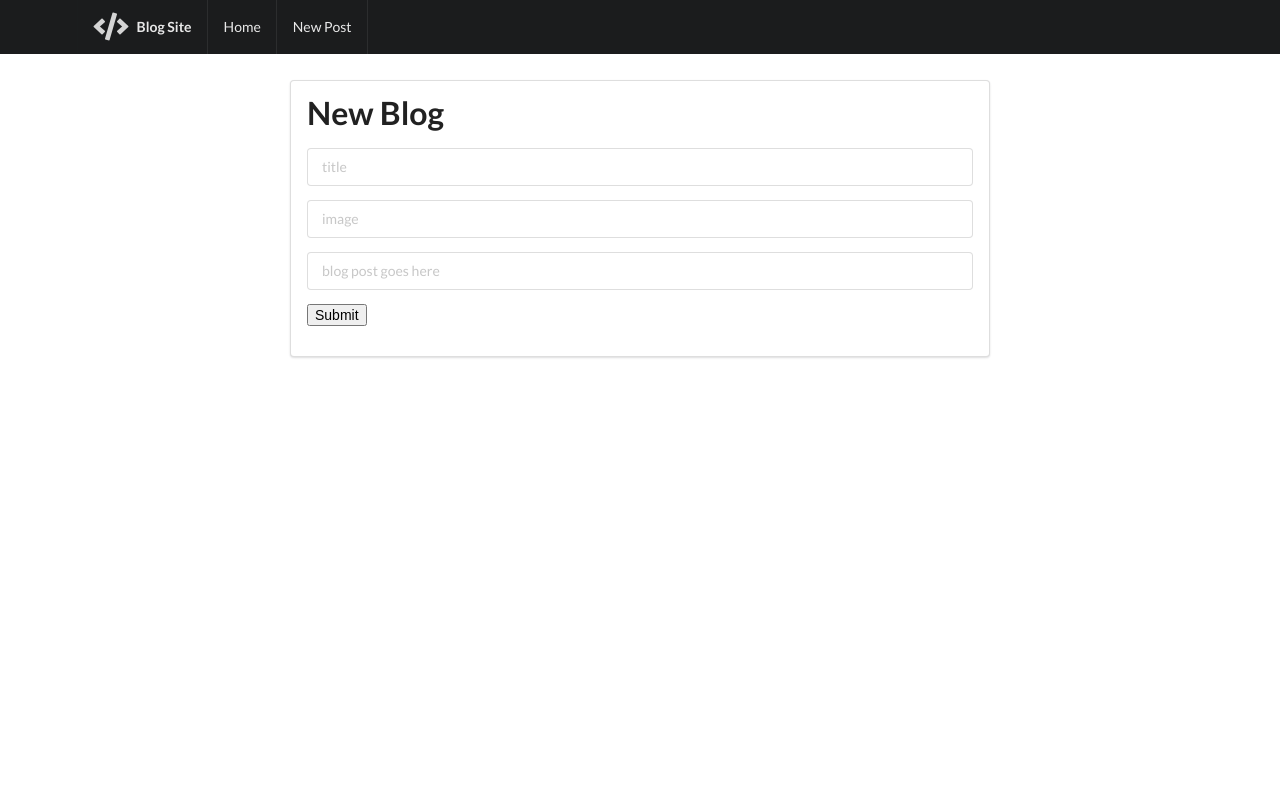
Repository: msuzuki23/AWS-Cloud9-YelpCamp
Page: http://localhost/blogs/new
The author's editor kept a record of every edit. The page is drawn from the files as they stood at one moment, then again after the next edit.
The browser window is 1280 px wide. The pictures show the whole page.
The page is served by the project's Node server (RestBlogs/app.js).

Above is the page before.

### RestBlogs/views/new.ejs
<% include ./partials/header %>
<div class="ui main text container segment">
    <div class="ui huge header">New Blog</div>
    <form class="ui form" action="/blogs" method="POST">
        <div class="field">
            <input type="text" name="blog[title]" placeholder="title">
        </div>
        <div class="field">
            <input type="text" name="blog[image]" placeholder="image">
        </div>
        <div class="field">
            <input type="text" name="blog[body]" placeholder="blog post goes here">
        </div>


        <input type="submit">
    </form>
</div>
<% include ./partials/footer %>

### RestBlogs/views/partials/header.ejs
<html>
    <head>
        <title>Blog App</title>
        <link rel="stylesheet" type="text/css" href="https://cdnjs.cloudflare.com/ajax/libs/semantic-ui/2.4.1/semantic.css">
        <link rel="stylesheet" type="text/css" href="/stylesheets/app.css">
    </head>
    <body>
        <div class="ui fixed inverted menu">
            <div class="ui container">
                <div class="header item"><i class="code icon"></i>Blog Site</div>
                <a href="/" class="item">Home</a>
                <a href="/blogs/new" class="item">New Post</a>
            </div>
        </div>

### RestBlogs/app.js
var express = require("express"),
app = express(),
bodyParser = require("body-parser"),
mongoose = require("mongoose"),
methodOverride = require("method-override");

//APP CONFIG
mongoose.connect("mongodb://localhost/restful_blog_app", {useNewUrlParser: true});
app.set("view engine", "ejs");
app.use(express.static("public"));
app.use(bodyParser.urlencoded({extended: true}));
app.use(methodOverride("_method"));

//MONGOOSE/MODEL CONFIG
var blogSchema = new mongoose.Schema({
   title: String,
   image: String,
   body: String,
   created: {type: Date, default: Date.now}
});
var Blog = mongoose.model("Blog", blogSchema);

// Blog.create({
//     title: "This is a Porsche",
//     image: "https://files1.porsche.com/filestore/image/multimedia/none/991-2nd-c2-t-modelimage-sideshot/model/835bee23-b26b-11e7-b591-0019999cd470/porsche-model.png",
//     body: "What a beautiful Yellow Car"
// });

//RESTFUL ROUTES
app.get("/", function(req, res){
    res.redirect("/blogs");
});

// INDEX ROUTE
app.get("/blogs", function(req, res){
    // res.render("index");
    Blog.find({}, function(err, blogs){
        if(err){
            console.log("ERROR");
        } else {
            res.render("index", {blogs: blogs});
        }
    });
});

// NEW ROUTE
app.get("/blogs/new", function(req, res){
    res.render("new");
});

// CREATE ROUTE
app.post("/blogs", function(req, res){
    // create blog
    Blog.create(req.body.blog, function(err, newBlog){
        if(err){
            res.render("new");
        } else {
            // then redirect to the index
            res.redirect("/blogs");
        }
    });
});

// SHOW ROUTE
app.get("/blogs/:id", function(req, res){
   Blog.findById(req.params.id, function(err, foundBlog){
      if(err){
          res.redirect("/blogs");
      } else {
          res.render("show", {blog: foundBlog})
      }
    })
});

//EDIT ROUTE
app.get("/blogs/:id/edit", function(req, res){
    Blog.findById(req.params.id, function(err, foundBlog){
        if(err){
            res.redirect("/blogs");
        } else {
            res.render("edit", {blog: foundBlog});
        }
    });
});

// UPDATE ROUTE
app.put("/blogs/:id", function(req, res){
    Blog.findByIdOneAndUpdate(req.params.id, req.body.blog, function(err, updatedBlog){
        if(err){
            res.redirect("/blogs");
        } else {
            res.redirect("/blogs/" + req.params.id);
        }
    });
});

// DELETE ROUTE
app.delete("/blogs/:id", function(req, res){
   //destroy blog
   Blog.findByIdAndRemove(req.params.id, function(err){
      if(err){
          res.redirect("/blogs");
      } else {
          res.redirect("/blogs");
      }
   });
   //redirect somewhere
});













// Tell Express to listen for requests (start server)
app.listen(process.env.PORT, process.env.IP, function(){
    console.log("Blog Server Started");
});

### RestBlogs/public/stylesheets/app.css
html {
    maring: 0 auto;
}

i.icon {
    font-size: 2em;
}

.container.main {
    margin-top: 5em;
}

#delete {
    display: inline;
}

Loaded but not shown: RestBlogs/views/partials/footer.ejs (common file)

After the next edit:
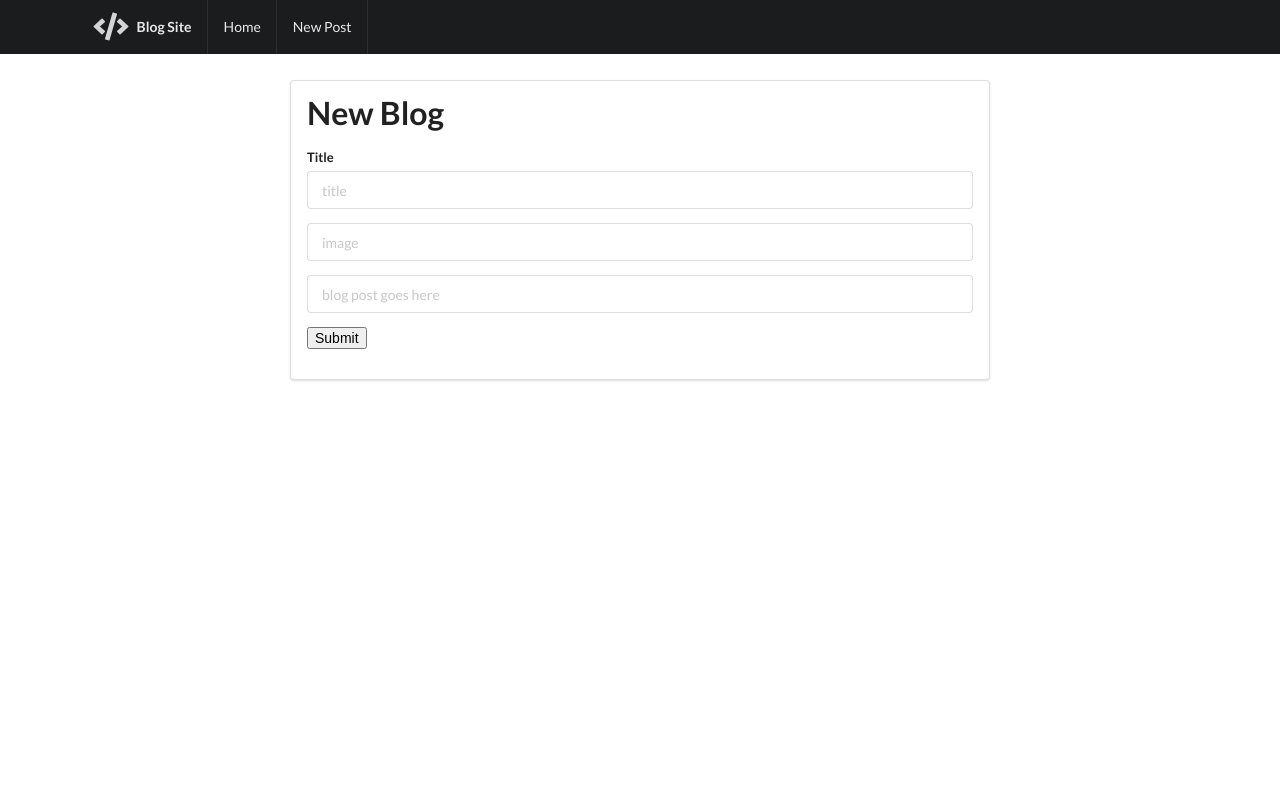
The edit:
--- a/RestBlogs/views/new.ejs
+++ b/RestBlogs/views/new.ejs
@@ -3,6 +3,7 @@
     <div class="ui huge header">New Blog</div>
     <form class="ui form" action="/blogs" method="POST">
         <div class="field">
+            <label>Title</label>
             <input type="text" name="blog[title]" placeholder="title">
         </div>
         <div class="field">
